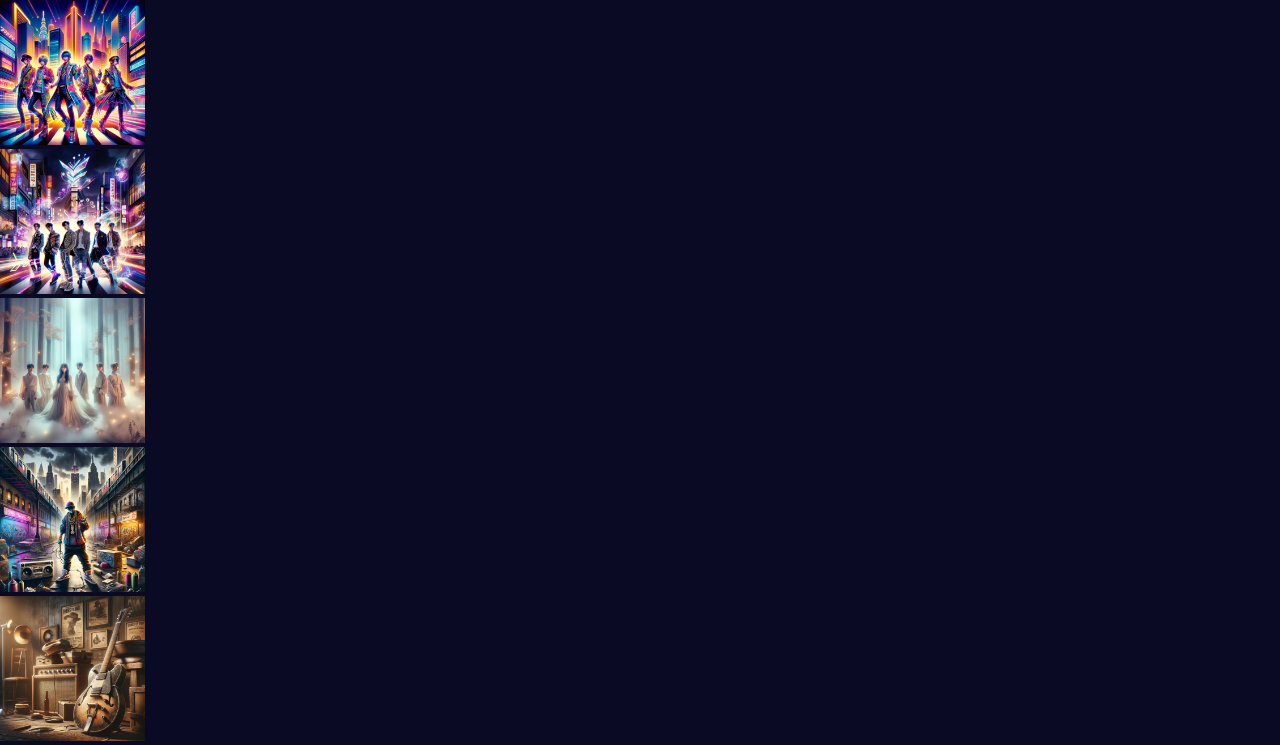
Repository: FujieRyou/2024_team
Page: /components/musicSlide
These files come from the project's save history. The page is drawn as it stood at one moment and after the next save; the edit follows.
The browser window is 1280 px wide. The pictures show the whole page.
The project was rebuilt for these pictures with package versions that can differ from the ones it lists, and the page was loaded fresh each time. The framework's server and built-in components were replaced by stand-ins that run in the browser. Also part of the build but not shown: next.config.js.

Above is the page before, as saved 2024-02-09 08:59:12.

### src/pages/_app.jsx
import "@/styles/ress.css"
import '@/styles/index.css'

export default function App({ Component, pageProps }) {
  return <Component {...pageProps} />
}

### src/pages/components/musicSlide.jsx
// pages/scroll2.jsx
import { useEffect, useState } from 'react';
import Image from 'next/image';

export default function Scroll2() {
    const [current, setCurrent] = useState(0);
    const sliderLength = 5; // 仮にスライダーの要素数を6とします

useEffect(() => {
        const interval = setInterval(() => {
        setCurrent((current) => (current + 1) % sliderLength);
    }, 3000);

    return () => clearInterval(interval);
}, []);

const getClassName = (index) => {
    if (index === current) return 'third';
    else if (index === (current + 1) % sliderLength) return 'fourth';
    else if (index === (current + 2) % sliderLength) return 'fifth';
    else if (index === (current - 1 + sliderLength) % sliderLength) return 'second';
    else if (index === (current - 2 + sliderLength) % sliderLength) return 'first';
    else return 'un-active';
};

return (
    <>
        <div className="scrollContent">
            <div className="scrollWrap">
                <ul className="scroll">
                    <li className={getClassName(0)}><Image src="/img/scroll.webp" alt="" width={145} height={145} /></li>
                    <li className={getClassName(1)}><Image src="/img/scroll2.webp" alt="" width={145} height={145} /></li>
                    <li className={getClassName(2)}><Image src="/img/scroll3.webp" alt="" width={145} height={145} /></li>
                    <li className={getClassName(3)}><Image src="/img/scroll4.webp" alt="" width={145} height={145} /></li>
                    <li className={getClassName(4)}><Image src="/img/scroll5.webp" alt="" width={145} height={145} /></li>
                </ul>
            </div>
        </div>
    </>
);
}

### src/styles/ress.css
/*!
 * ress.css • v4.0.0
 * MIT License
 * github.com/filipelinhares/ress
 */

/* # =================================================================
   # Global selectors
   # ================================================================= */

   html {
    box-sizing: border-box;
    -webkit-text-size-adjust: 100%; /* Prevent adjustments of font size after orientation changes in iOS */
    word-break: normal;
    -moz-tab-size: 4;
    tab-size: 4;
  }

  *,
  ::before,
  ::after {
    background-repeat: no-repeat; /* Set `background-repeat: no-repeat` to all elements and pseudo elements */
    box-sizing: inherit;
  }

  ::before,
  ::after {
    text-decoration: inherit; /* Inherit text-decoration and vertical align to ::before and ::after pseudo elements */
    vertical-align: inherit;
  }

  * {
    padding: 0; /* Reset `padding` and `margin` of all elements */
    margin: 0;
  }

  /* # =================================================================
     # General elements
     # ================================================================= */

  hr {
    overflow: visible; /* Show the overflow in Edge and IE */
    height: 0; /* Add the correct box sizing in Firefox */
    color: inherit; /* Correct border color in Firefox. */
  }

  details,
  main {
    display: block; /* Render the `main` element consistently in IE. */
  }

  summary {
    display: list-item; /* Add the correct display in all browsers */
  }

  small {
    font-size: 80%; /* Set font-size to 80% in `small` elements */
  }

  [hidden] {
    display: none; /* Add the correct display in IE */
  }

  abbr[title] {
    border-bottom: none; /* Remove the bottom border in Chrome 57 */
    /* Add the correct text decoration in Chrome, Edge, IE, Opera, and Safari */
    text-decoration: underline;
    text-decoration: underline dotted;
  }

  a {
    background-color: transparent; /* Remove the gray background on active links in IE 10 */
  }

  a:active,
  a:hover {
    outline-width: 0; /* Remove the outline when hovering in all browsers */
  }

  code,
  kbd,
  pre,
  samp {
    font-family: monospace, monospace; /* Specify the font family of code elements */
  }

  pre {
    font-size: 1em; /* Correct the odd `em` font sizing in all browsers */
  }

  b,
  strong {
    font-weight: bolder; /* Add the correct font weight in Chrome, Edge, and Safari */
  }

  /* https://gist.github.com/unruthless/413930 */
  sub,
  sup {
    font-size: 75%;
    line-height: 0;
    position: relative;
    vertical-align: baseline;
  }

  sub {
    bottom: -0.25em;
  }

  sup {
    top: -0.5em;
  }

  table {
    border-color: inherit; /* Correct border color in all Chrome, Edge, and Safari. */
    text-indent: 0; /* Remove text indentation in Chrome, Edge, and Safari */
  }

  /* # =================================================================
     # Forms
     # ================================================================= */

  input {
    border-radius: 0;
  }

  /* Replace pointer cursor in disabled elements */
  [disabled] {
    cursor: default;
  }

  [type='number']::-webkit-inner-spin-button,
  [type='number']::-webkit-outer-spin-button {
    height: auto; /* Correct the cursor style of increment and decrement buttons in Chrome */
  }

  [type='search'] {
    -webkit-appearance: textfield; /* Correct the odd appearance in Chrome and Safari */
    outline-offset: -2px; /* Correct the outline style in Safari */
  }

  [type='search']::-webkit-search-decoration {
    -webkit-appearance: none; /* Remove the inner padding in Chrome and Safari on macOS */
  }

  textarea {
    overflow: auto; /* Internet Explorer 11+ */
    resize: vertical; /* Specify textarea resizability */
  }

  button,
  input,
  optgroup,
  select,
  textarea {
    font: inherit; /* Specify font inheritance of form elements */
  }

  optgroup {
    font-weight: bold; /* Restore the font weight unset by the previous rule */
  }

  button {
    overflow: visible; /* Address `overflow` set to `hidden` in IE 8/9/10/11 */
  }

  button,
  select {
    text-transform: none; /* Firefox 40+, Internet Explorer 11- */
  }

  /* Apply cursor pointer to button elements */
  button,
  [type='button'],
  [type='reset'],
  [type='submit'],
  [role='button'] {
    cursor: pointer;
    color: inherit;
  }

  /* Remove inner padding and border in Firefox 4+ */
  button::-moz-focus-inner,
  [type='button']::-moz-focus-inner,
  [type='reset']::-moz-focus-inner,
  [type='submit']::-moz-focus-inner {
    border-style: none;
    padding: 0;
  }

  /* Replace focus style removed in the border reset above */
  button:-moz-focusring,
  [type='button']::-moz-focus-inner,
  [type='reset']::-moz-focus-inner,
  [type='submit']::-moz-focus-inner {
    outline: 1px dotted ButtonText;
  }

  button,
  html [type='button'], /* Prevent a WebKit bug where (2) destroys native `audio` and `video`controls in Android 4 */
  [type='reset'],
  [type='submit'] {
    -webkit-appearance: button; /* Correct the inability to style clickable types in iOS */
  }

  /* Remove the default button styling in all browsers */
  button,
  input,
  select,
  textarea {
    background-color: transparent;
    border-style: none;
  }

  a:focus,
  button:focus,
  input:focus,
  select:focus,
  textarea:focus {
    outline-width: 0;
  }

  /* Style select like a standard input */
  select {
    -moz-appearance: none; /* Firefox 36+ */
    -webkit-appearance: none; /* Chrome 41+ */
  }

  select::-ms-expand {
    display: none; /* Internet Explorer 11+ */
  }

  select::-ms-value {
    color: currentColor; /* Internet Explorer 11+ */
  }

  legend {
    border: 0; /* Correct `color` not being inherited in IE 8/9/10/11 */
    color: inherit; /* Correct the color inheritance from `fieldset` elements in IE */
    display: table; /* Correct the text wrapping in Edge and IE */
    max-width: 100%; /* Correct the text wrapping in Edge and IE */
    white-space: normal; /* Correct the text wrapping in Edge and IE */
    max-width: 100%; /* Correct the text wrapping in Edge 18- and IE */
  }

  ::-webkit-file-upload-button {
    /* Correct the inability to style clickable types in iOS and Safari */
    -webkit-appearance: button;
    color: inherit;
    font: inherit; /* Change font properties to `inherit` in Chrome and Safari */
  }

  /* # =================================================================
     # Specify media element style
     # ================================================================= */

  img {
    border-style: none; /* Remove border when inside `a` element in IE 8/9/10 */
  }

  /* Add the correct vertical alignment in Chrome, Firefox, and Opera */
  progress {
    vertical-align: baseline;
  }

  /* # =================================================================
     # Accessibility
     # ================================================================= */

  /* Specify the progress cursor of updating elements */
  [aria-busy='true'] {
    cursor: progress;
  }

  /* Specify the pointer cursor of trigger elements */
  [aria-controls] {
    cursor: pointer;
  }

  /* Specify the unstyled cursor of disabled, not-editable, or otherwise inoperable elements */
  [aria-disabled='true'] {
    cursor: default;
  }

### src/styles/index.css
html,body{
    width: 100vw;
    height: 100vh;
    background-color: #0A0A24;
    color: #fff;
}

nav{
    width: 100%;
    height: 81px;
    display: flex;
    justify-content: space-around;
    position: fixed;
    bottom: 0px;
    background-color: #0A0A24;
    border-top: solid 1px #8E8E8E;
}

.iconWrap{
    display: flex;
    flex-direction: column;
    align-items: center;
    justify-content: center;
}

.iconWrap div{
    display: flex;
    flex-direction: column;
    align-items: center;
    justify-content: center;
    text-decoration: none;
}

.iconWrap p{
    font-size: 10px;
    margin-top: 4px;
    color: #fff;
}

.loginWrap{
    width: 100vw;
    height: 100vh;
    padding-top: 200px;
}

.indexWrap{
    width: 100%;
    height: 100%;
}

/* h2{
    font-size: 64px;
    text-align: center;
    font-family: sans-serif;
    padding-top: 30px;
} */

.appName{
    font-size: 64px;
    text-align: center;
    font-family: sans-serif;
    padding-top: 30px;
    margin-top: 30px;
    color: #fff;
}

.signBtnWrap{
    width: 100%;
    height: auto;
}

.signBtn{
    display: flex;
    align-items: center;
    justify-content: center;
    width: 200px;
    height: 54px;
    border-radius: 30px;
    background-color: rgb(65, 243, 65);
    font-size: 16px;
    /* box-shadow: 3px 1px 3px 1px rgb(235, 235, 235); */
    margin: 0 auto;
    margin-top: 280px;
    color: #000;
    text-decoration: none;
}

.logoBox{
    width: 64px;
    height: 64px;
    background-color: gray;
    color: #fff;
    margin: 0 auto;
    display: flex;
    justify-content: center;
    align-items: center;
}

h2{
    text-align: center;
}

.searchWrap{
    margin-top: 69px;
    margin-bottom: 11px;
    padding: 0px 13px;
}

.searchTxt{
    width: 100%;
    height: 40px;
    border: solid 1px #000;
    background-color: #28376C;
    color: #fff;
    padding: 7px 18px;
    border-radius: 13px;

}

.searchBtn{
    width: 64px;
    height: 32px;
    background-color: aquamarine;
}

.searchResults{
    display: flex;
    gap: 8px;
    width: 100%;
    height: 88px;
    padding: 8px;
    overflow: hidden;
}

.searchResultsImg{
    width: 80px;
    height: 80px;
}

.searchResultsTxt p{
    width: 288px;
    font-size: 14px;
}

.genreWrap{
    padding: 0px 21px;
}

.genreWrap p{
    padding-left: 74px;
    margin-bottom: 12px;
}

.genruBtnWrap{
    display: flex;
    flex-wrap: wrap;
    padding: 0px 8px;
    gap: 16px 12px;
    margin: 0 auto;
}

.genruBtnWrap > button{
    width: 172px;
    height: 86px;
    background-color: #F42C2C;
    border-radius: 10px;
}

header{
    display: flex;
    align-items: center;
    justify-content: space-between;
    padding: 51px 30px 42px 18px;
}

.genre_wrap{
    color: #fff;
    font-size: 14px;
    text-align: center;
    font-family: 'Noto Sans JP', sans-serif;
}

/* MIX */
#mix_wrap{
    font-size: 25px;
    font-family:Impact, Haettenschweiler, 'Arial Narrow Bold', sans-serif;
    margin-left: 25px;
}

input{
    color: #fff;
}

/*genre btn*/
.switchingBtn{
    display: flex;
    justify-content: center;
    align-items: center;
    width: 154px;
    height: 42px;
    border: solid 1px #fff;
    border-radius: 5px;
    text-align: center;
    padding: 0px 5px;
}

.everyone{
    width: 80%;
    height: 80%;
    display: flex;
    align-items: center;
    justify-content: center;
    border: solid 1px #0500FF;
    border-radius: 7px;
    background-color: #36457B;
    font-size: 12px;
    font-family:  'Noto Sans JP', sans-serif;
}

.ranking{
    width: 80%;
    height: 80%;
    display: flex;
    align-items: center;
    justify-content: center;
    border-radius: 7px;
    font-size: 12px;
    font-family:  'Noto Sans JP', sans-serif;;
}

.myPageIcon{
    width: 40px;
    height: 40px;
    border-radius: 20px;
    border: solid 1px #fff;
}


/*main*/
#main_img{
    width: 100%;
    height: 200px;
    margin: 0 auto;

}

/*見出し*/
#addition_wrap{
    width: 100%;
    margin-top: 16px;
    margin-bottom: 24px;
    padding: 0px 46px 0px 15px;
    display: flex;
    align-items: center;
    justify-content: space-between;
}
.addition{
    font-size: 16px;
    font-family:  'Noto Sans JP', sans-serif;
}
.addition > span{
    font-size: 13px;
}
.dli-plus {
    display: inline-block;
    vertical-align: middle;
    justify-content: center;
    color: #fff;
    line-height: 20px;
    width: 1.5rem;
    height:0.15rem;
    background: #efefef;
    border-radius: 1rem;
    position: relative;
    top:24px;
    left:10px;
}

.dli-plus::before {
    content: '';
    position: absolute;
    top: 0;
    left: 0;
    width: 100%;
    height: 100%;
    background: inherit;
    border-radius: inherit;
    transform: rotate(90deg);

}
#addition_wrap{
    display: flex;
}
#addition_wrap  .back{
    display: block;
    background: #231815;
    width: 35px;
    height:35px;
    border-radius: 25%;
    margin-right: 50px;
}
.addition-text{
    font-size: 30px;
    font-family:'Noto Sans JP', sans-serif;

}

/*music list*/
#songContent_wrap{
    display: flex;
    width: 100%;
    justify-content: space-between;
    align-items: center;
    margin-bottom: 15px;
    padding: 0px 32px 0px 22px;
}

.song_num{
    font-size: 20px;
}

#song_wrap{
    display: flex;
    justify-content: center;
    align-items: center;
    gap: 10px;
}


.song_img{
    border: solid 1px skyblue;
    width: 70px;
    height: 70px;
}

.songtitle{
    font-size: 16px;
}
.singer{
    font-size: 14px;
}

.contributor{
    display: flex;
}
.contributor > img{
    width: 17px;
    height: 17px;
    border-radius: 20px;
    margin-right: 6px;
}
.contributor > p{
    font-size: 11px;
}

.button_wrap{
    display: flex;
    flex-direction: column;
}
.button{
    width: 20px;
    height: 20px;
    border-radius: 50%;
    background-color: #d9d9d9;
    display: flex;
    justify-content: center;
}

.button p{
    display: flex;
    justify-content: center;
    align-items: center;
    text-align: center;
    gap: 3px;
}

.button p span{
    width: 3px;
    height: 3px;
    border-radius: 50%;
    background-color: #000;

}

/* アニメーションのキーフレーム定義 */
@keyframes slideInLeft {
    from {
    transform: translateX(-100%);
    opacity: 0;
    }
    to {
    transform: translateX(0);
    opacity: 1;
    }
}

@keyframes slideInRight {
    from {
    transform: translateX(100%);
    opacity: 0;
    }
    to {
    transform: translateX(0);
    opacity: 1;
    }
}

  /* アニメーションを適用するクラス */
.slide-in-left {
    animation: slideInLeft 0.5s forwards;
}

.slide-in-right {
    animation: slideInRight 0.5s forwards;
}



.scrollContent {
    position: relative;
    width: 100vw;
    margin: 0 auto;
}
/* .scrollWrap {
    width: 100%;
    display: flex;
    justify-content: center;
    align-items: center;
    height: 100px;
}
.scrollWrap > .scroll > li {
    transition: all 0.5s ease-in-out, left 0.5s ease, right 0.5s ease;
    position: absolute;
}
.scroll {
    display: flex;
    justify-content: center;
    align-items: center;
    perspective-origin: center center;
    transform-origin: center center;
    perspective: 600px;
}

li {
    list-style-type: none;
}

.first {
    transform: translateX(-600px) translateZ(-180px) translateY(25px) rotateY(85deg);
    opacity: 0.7;
}

.second {
    transform: translateX(-300px) translateZ(-30px) rotateY(75deg);
    opacity: 0.7;
}

.third {
    transform: translateY(-3px) translateZ(250px);
    text-align: center;
}

.fourth {
    transform: translateX(300px) translateZ(-30px) rotateY(-75deg);
    opacity: 0.7;
}

.fifth {
    transform: translateX(600px) translateZ(-200px) translateY(25px)
    rotateY(-85deg);
    opacity: 0.7;
    z-index: 1;
}

li img {
    width: 200px;
    height: 200px;
    object-fit: contain;
}
.un-active {
    opacity: 0;
} */

Loaded but not shown: src/pages/_document.jsx (common file)

After the next save:
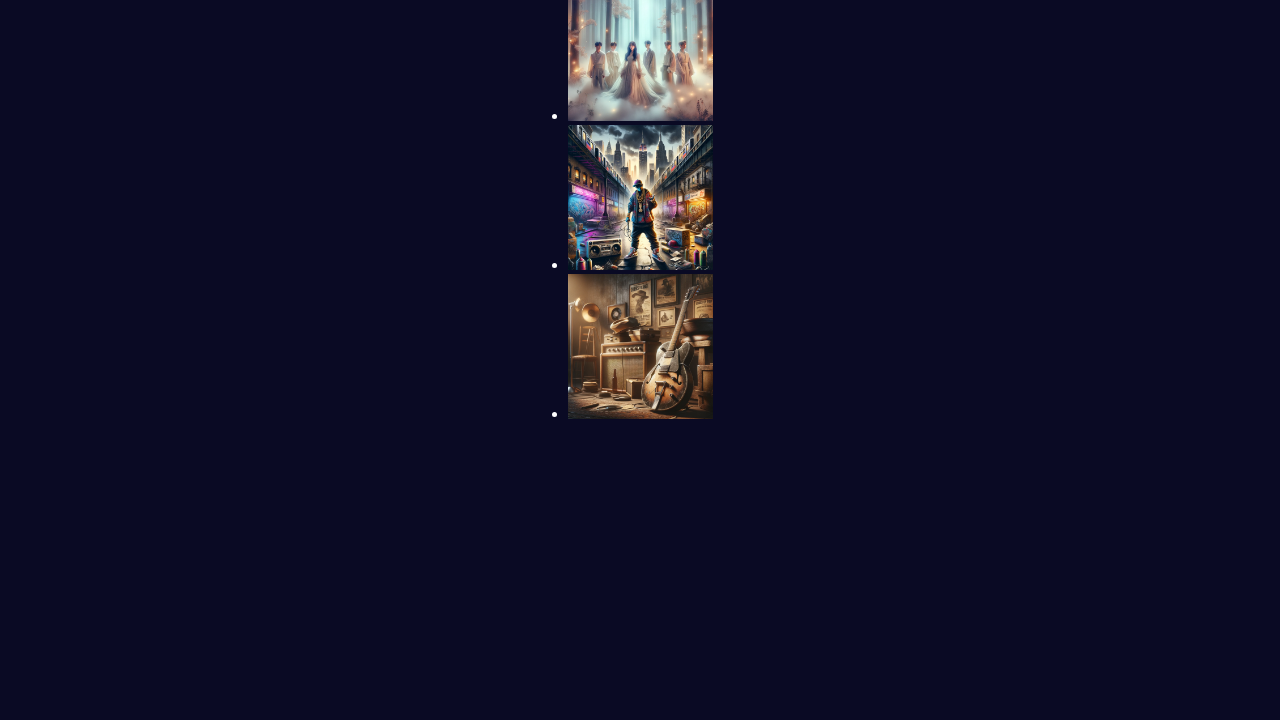
Saved 29 s later.
--- a/src/styles/index.css
+++ b/src/styles/index.css
@@ -421,14 +421,14 @@
     width: 100vw;
     margin: 0 auto;
 }
-/* .scrollWrap {
+.scrollWrap {
     width: 100%;
     display: flex;
     justify-content: center;
     align-items: center;
     height: 100px;
 }
-.scrollWrap > .scroll > li {
+/* .scrollWrap > .scroll > li {
     transition: all 0.5s ease-in-out, left 0.5s ease, right 0.5s ease;
     position: absolute;
 }

After the 2 saves that followed:
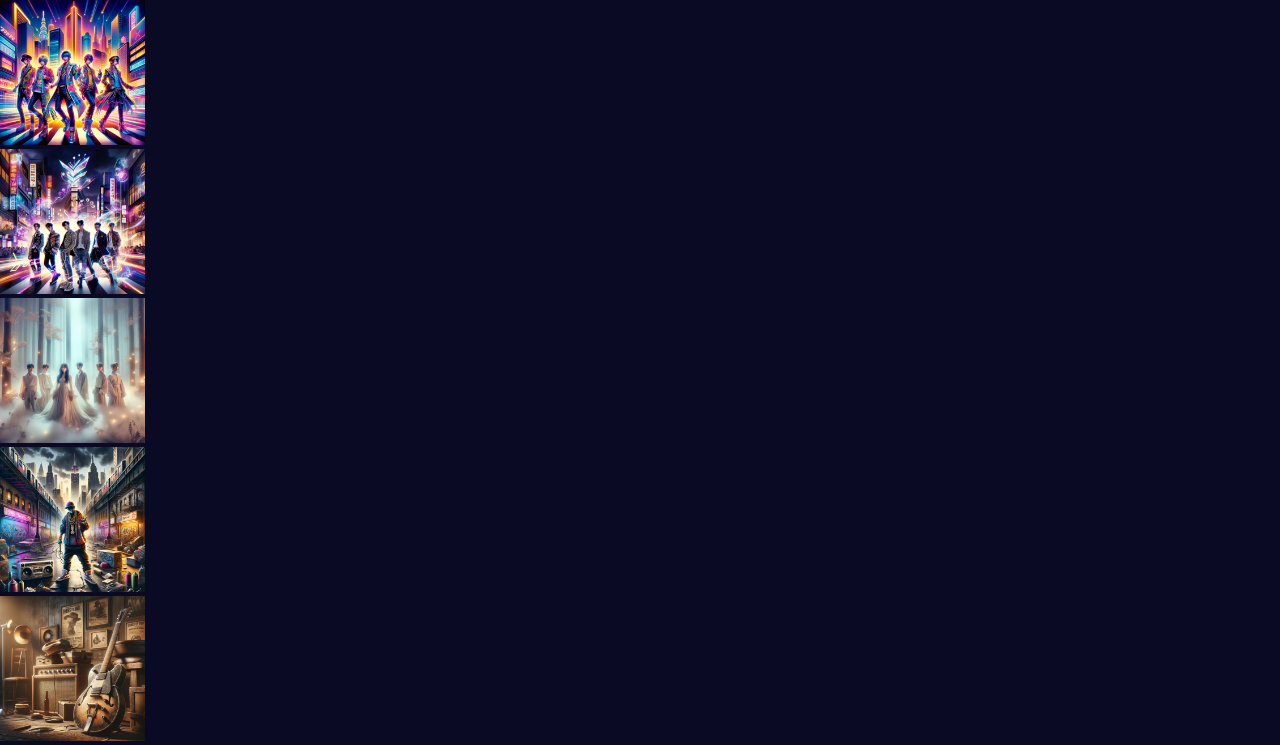
The 2 saves are shown as one change because 1 left the picture as it was.
The last was saved 114 s later.
--- a/src/styles/index.css
+++ b/src/styles/index.css
@@ -241,7 +241,6 @@
     width: 100%;
     height: 200px;
     margin: 0 auto;
-
 }
 
 /*見出し*/
@@ -423,10 +422,9 @@
 }
 .scrollWrap {
     width: 100%;
-    display: flex;
-    justify-content: center;
-    align-items: center;
-    height: 100px;
+    /* display: flex;
+    justify-content: center;
+    align-items: center; */
 }
 /* .scrollWrap > .scroll > li {
     transition: all 0.5s ease-in-out, left 0.5s ease, right 0.5s ease;
